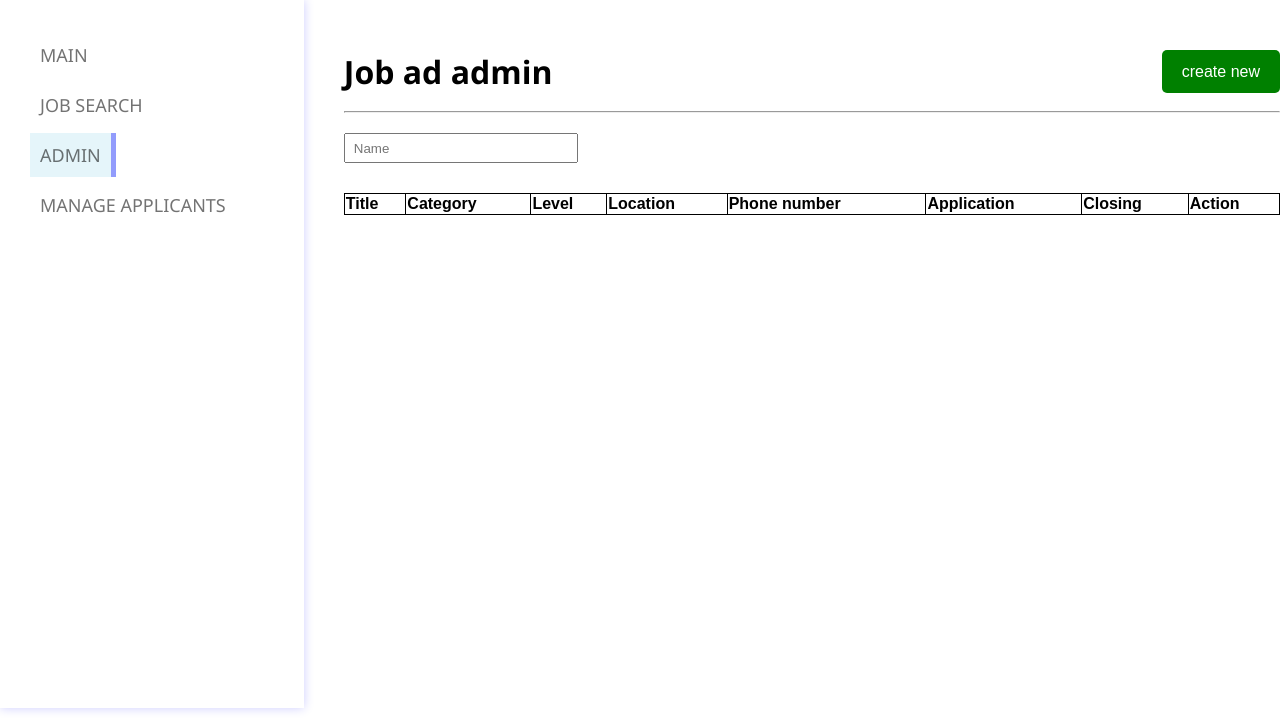
Repository: ismoil3/todo-users
Page: admin page/admin.html
The author's editor kept a copy of each file at every save. The page is drawn from the files as they stood at one save, then again after the next save.
The browser window is 1280 px wide. The pictures show the whole page.
The page's requests for data from a server got no answer.

Above is the page before, as saved 2024-08-23 12:44:22.

### admin page/admin.html
<!DOCTYPE html>
<html lang="en">
  <head>
    <meta charset="UTF-8" />
    <meta name="viewport" content="width=device-width, initial-scale=1.0" />
    <title>Document</title>
    <link rel="stylesheet" href="/admin page/admin.css" />
    <link rel="stylesheet" href="/style.css" />
    <link rel="icon" href="/image.png">
  </head>
  <body>
    <div class="main">
      <div class="categories">
        <a href="/main.html">MAIN</a><br />
        <a href="/jobsearch.html">JOB SEARCH</a><br />
        <a class="amain" href="/admin.html">ADMIN</a><br />
        <a href="/mesegeAplicants.html">MANAGE APPLICANTS</a><br />
      </div>

      <div class="rigth" id="rigth">
        <div class="job">
          <h1 class="Letest">Job ad admin</h1>
          <a href="/add/add.html" class="as">create new</a>
        </div>
        <br />
        <hr />
        <input type="search" class="search" placeholder="Name" />
        <table
          style="
            border: 1px solid black;
            width: 100%;
            margin: auto;
            padding: 10px 10px;
            margin-top: 30px;
          "
        >
          <thead>
            <tr>
              <th>Title</th>
              <th>Category</th>
              <th>Level</th>
              <th>Location</th>
              <th>Phone number</th>
              <th>Application</th>
              <th>Closing</th>
              <th>Action</th>
            </tr>
          </thead>
          <tbody class="box1"></tbody>
        </table>
      </div>
    </div>
    <script src="https://cdn.jsdelivr.net/npm/axios/dist/axios.min.js"></script>
    <script type="module" src="/admin page/main.js"></script>
  </body>
</html>

### admin page/admin.css
.job {
  display: flex;
  justify-content: space-between;
}

table {

  border-collapse: collapse;
}

table,
th,
td {
  border: 1px solid black;
  padding: 5=10px;
}
th{
  text-align: start;
}
.search{
  width: 25%;
  height: 30px;
  margin-top: 20px;
}
.btndelete{
display: block;
padding: 3px 15px;
text-align: center;
color: white;
background-color: red;
border-radius: 5px;
border-color: red;

}
.btndelete:hover{
  background-color: transparent;
  color: red;
  border-color: red;
  transform: 1s;
}
.btnedit{
  display: block;
  padding: 3px 0px;
  width: 50px;
  margin-top: 4px;
  text-align: center;
  text-decoration: none;
  color: white;
  background-color: gray;
  border-radius: 5px;
  border: 1px solid gray;

}

.btnedit:hover{
  background-color: transparent;
  color: gray;
  border-color: gray;
  transform: 1s;
}

### style.css
* {
  margin: 0;
}
.btnaddsil a {
  text-decoration: none;
  color: white;
}
.btnaddsil {
  background-color: green;
  border-radius: 10px;
  padding: 10px 20px;
  position: relative;
  left: 1000px;
  z-index: 1;
  top: 40px;
}
.categories {
  position: sticky;
  top: 0;
  line-height: 50px;
  width: 250px;
  box-shadow: 0px 0px 10px rgba(0, 0, 255, 0.201);
  height: 90vh;
  font-family: "Segoe UI", Tahoma, Geneva, Verdana, sans-serif;
  padding: 30px 30px;
  font-weight: 500;
  font-size: large;
}
.categories a {
  padding: 10px;
  text-decoration: none;

  color: rgba(0, 0, 0, 0.55);
}
.categories a:hover {
  background-color: rgb(229, 245, 250);
  border-right: 5px solid rgba(0, 0, 255, 0.365);
}
.amain {
  background-color: rgb(229, 245, 250);
  border-right: 5px solid rgba(0, 0, 255, 0.365);
}
.main {
  display: flex;
}
.rigth {
  /* border: 1px solid black; */
  margin-top: 50px;

  width: 75%;
  margin-left: 40px;
}
.Letest {
  font-family: "Segoe UI", Tahoma, Geneva, Verdana, sans-serif;
}
.card {
  border: 1px solid black;
  width: 400px;
  height: 110px;
  padding: 10px 20px;
  border-radius: 20px;
  margin: auto;
}
.level {
  display: inline;
  background-color: #bfdbfe;
  padding: 10px;
  border-radius: 20px;
}
.title {
  display: inline;
}
.block1 {
  display: flex;
  align-items: center;
  justify-content: space-between;
}
.button {
  background-color: #2196f3;
  color: white;
  width: Hug (119px) px;
  height: Hug (42px) px;
  padding: 8px 22px 8px 22px;
  gap: 0px;
  border-radius: 4px 0px 0px 0px;
  opacity: 0px;
  border: none;
  border-radius: 10px;
}
.as {
  text-decoration: none;
  color: white;
  background-color: green;
  font-size: 16px;
  font-weight: 500;
  cursor: pointer;
  padding: 5px 20px;
  display: flex;
  align-items: center;
  border-radius: 5px;
}
.block2 {
  margin-top: 20px;
  display: flex;
  align-items: center;
  justify-content: space-between;
}
.box {
  margin-top: 30px;
  display: flex;
  gap: 20px;
  flex-wrap: wrap;
  align-items: center;
}
.select1 {
  margin-top: 20px;
  width: 150px;
  padding: 10px 20px;
  margin-left: 50px;
}
.select2 {
  width: 150px;
  padding: 10px 20px;
  margin-left: 20px;
}

.adddialog {
  width: 100%;
  height: 100vh;
  border: none;
}
.addForm {
  margin-top: 100px;
}

body {
  font-family: Arial, sans-serif;
}

form {
  max-width: 600px;
  margin: auto;
}
input,
textarea {
  width: 100%;
  padding: 8px;
  margin-top: 5px;
  box-sizing: border-box;
}

.cancel {
  background-color: red;
  color: white;
  margin-left: 200px;
}
.btns {
  display: flex;
  justify-content: space-between;
}

.save {
  background-color: green;
  color: white;
}

### admin page/main.js
import { Get } from "./api.js";
Get();

### admin page/api.js

const Api="https://66b99bb1fa763ff550f8d5f2.mockapi.io/back/users"
import { getData, } from "./dom.js";
const search=document.querySelector(".search")

search.oninput=(event)=>{
    Get(event.target.value)
}

async function Get(word) {
    try {
        const {data}=await axios.get(word? Api+"?title="+word:Api)
        getData(data)
    } catch (error) {
        console.error(error);
    }
}
async function Delete(idx) {
    try {
        const {data}=await axios.delete(`${Api}/${idx}`)
        Get()
    } catch (error) {

    }
}
// async function addTaks(obj) {
//     try {
//         const {data}=await axios.post(Api,obj)
//         Get()
//     } catch (error) {
//         console.error(error);
//     }
// }
export {Get,Delete}

### admin page/dom.js
import { Delete } from "./api.js";
const box = document.querySelector(".box1");
let idx = null;
function getData(data) {
  box.innerHTML = "";
  data.forEach((e, i) => {
    const tr = document.createElement("tr");
    const title = document.createElement("td");
    title.innerHTML = e.title;
    const Category = document.createElement("td");
    Category.innerHTML = e.Category;
    const level = document.createElement("td");
    level.innerHTML = e.level;
    const loc = document.createElement("td");
    loc.innerHTML = e.loc;
    const phone = document.createElement("td");
    phone.innerHTML = e.phone;
    const app = document.createElement("td");
    app.innerHTML = e.app;
    const closing = document.createElement("td");
    closing.innerHTML = e.closing;
    const Action = document.createElement("td");
    const btndelete = document.createElement("button");
    btndelete.innerHTML = "del";
    btndelete.onclick = () => {
      Delete(e.id);
      console.log(idx);
    };
    const btnedit = document.createElement("a");
    btnedit.href = "/edit/index.html";
    btnedit.innerHTML = "edit";
    Action.append(btndelete, btnedit);
    btndelete.classList.add("btndelete")
    btnedit.classList.add("btnedit")
    tr.append(title, Category, level, loc, phone, app, closing, Action);
    box.appendChild(tr);
  });
}
export { getData, idx };

After the next save:
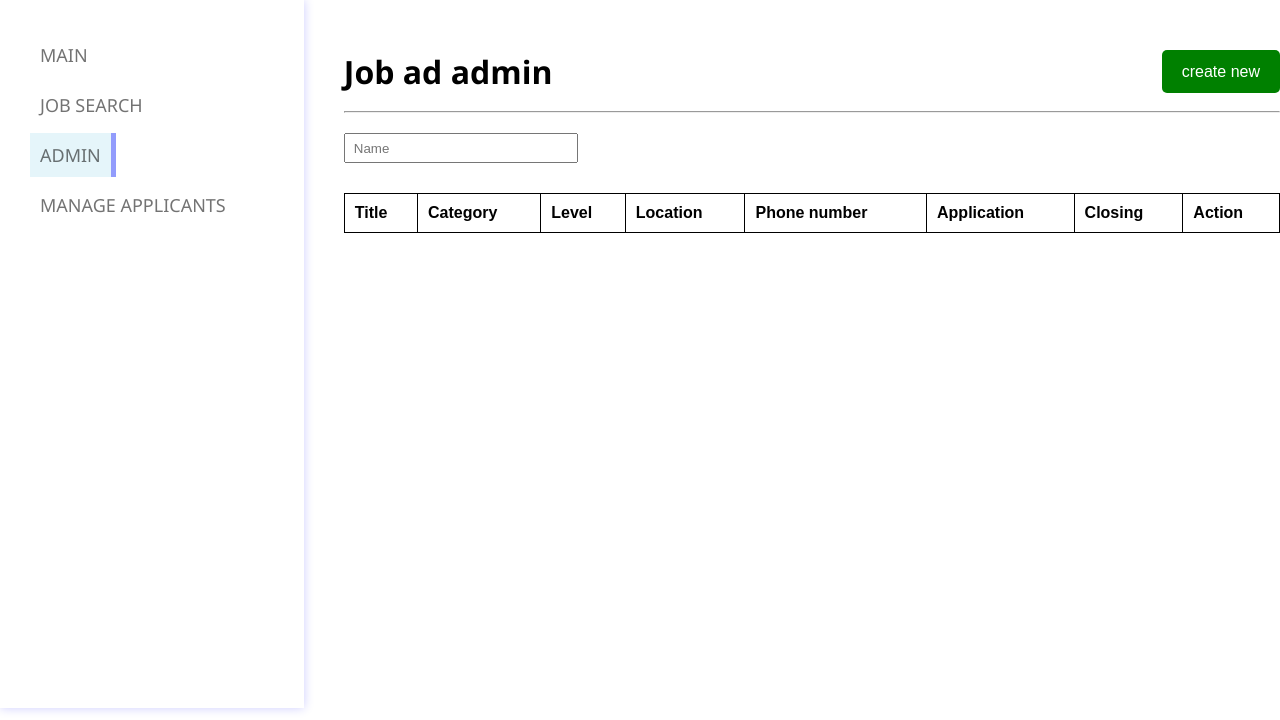
Saved 4 s later.
--- a/admin page/admin.css
+++ b/admin page/admin.css
@@ -12,7 +12,7 @@ table,
 th,
 td {
   border: 1px solid black;
-  padding: 5=10px;
+  padding: 10px;
 }
 th{
   text-align: start;
